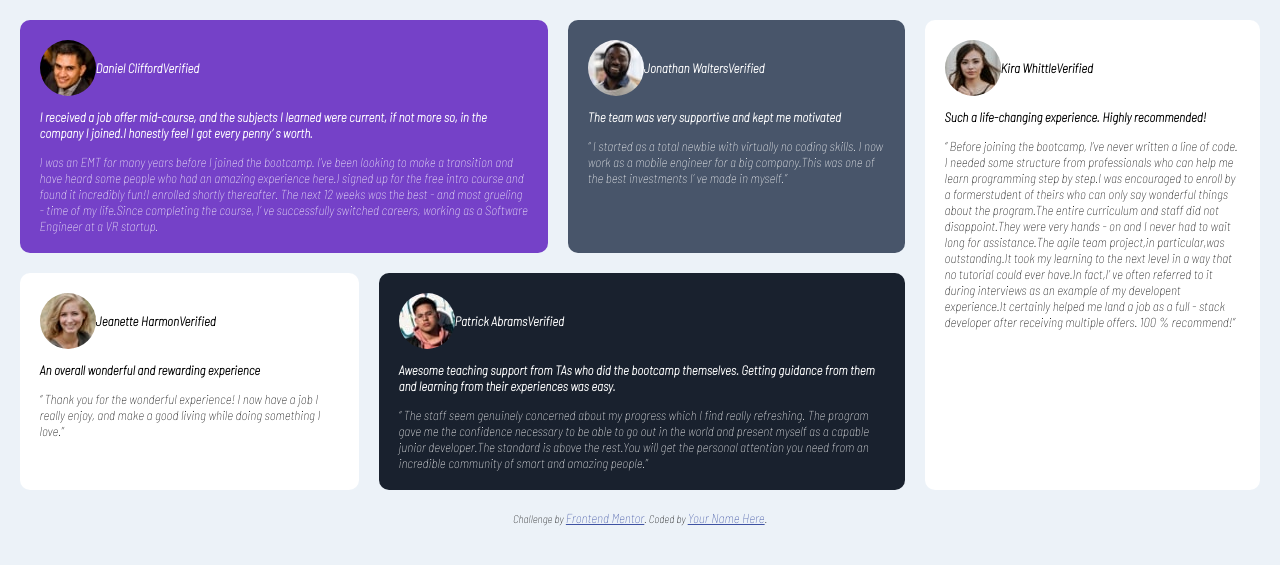
Repository: ibtihelbs/testimonials-grid-section-main
Page: index.html
An editor plug-in stored every save of this project. The page is shown before and after the next save, followed by the edit.
The browser window is 1280 px wide. The pictures show the whole page.

Above is the page before, as saved 2022-04-13 17:07:49.

### index.html
<!DOCTYPE html>
<html lang="en">
<head>
  <meta charset="UTF-8">
  <meta name="viewport" content="width=device-width, initial-scale=1.0"> <!-- displays site properly based on user's device -->
  <link rel="stylesheet" href="style.css">
  <link rel="icon" type="image/png" sizes="32x32" href="./images/favicon-32x32.png">

  <title>Frontend Mentor | [Challenge Name Here]</title>

  <!-- Feel free to remove these styles or customise in your own stylesheet 👍 -->
  <style>
    .attribution { font-size: 11px; text-align: center; }
    .attribution a { color: hsl(228, 45%, 44%); }
  </style>
</head>
<body>
  <main>

  </main>
  <div class="attribution">
    Challenge by <a href="https://www.frontendmentor.io?ref=challenge" target="_blank">Frontend Mentor</a>.
    Coded by <a href="#">Your Name Here</a>.
  </div>
  <script src="app.js"></script>
</body>
</html>

### style.css
@import url("https://fonts.googleapis.com/css2?family=Barlow+Semi+Condensed:ital,wght@1,100&display=swap");

:root {
  /*### Primary*/

  --Moderate-violet: hsl(263, 55%, 52%);
  --Grayish-blue: hsl(217, 19%, 35%);
  --Blackish-blue: hsl(219, 29%, 14%);
  --White: hsl(0, 0%, 100%);

  /*### Neutral*/

  --Light-gray: hsl(0, 0%, 81%);
  --Light-grayish-blue: hsl(210, 46%, 95%);
}

* {
  padding: 0;
  margin: 0;
  font-size: 13px;
  font-family: "Barlow Semi Condensed";
  box-sizing: border-box;
}
body {
  background-color: var(--Light-grayish-blue);
}
main {

  display: flex;
  flex-wrap: wrap;
  gap: 20px;
  margin: 20px;
}
.testimonial{
 padding:1rem;
 border-radius: 10px;
}
.testimonial>*{
  padding: .5rem;
}
section:nth-child(1) {
  grid-area: first;
  background-color: var(--Moderate-violet);
  color:var(--White);
}

section:nth-child(1) h6::before {
  content: url(images/image-daniel.jpg);

  border-radius: 50%;
}
h5::after{
  content:"Verified "
}
section:nth-child(2) {
  grid-area: second;
  background-color: var(--Grayish-blue);
  color:var(--White);
}
section:nth-child(3) {
  grid-area: third;
  background-color: var(--White);

  order: 4;
}
section:nth-child(4) {
  grid-area: four;
  order: 5;
  background-color: var(--White);
}
section:nth-child(5) {
  grid-area: fifth;

  color: var(--White);
  background-color: var(--Blackish-blue);
  order: 3;
}

main {
  display: grid;
  grid-template-areas:
    'first first second third'
    'four fifth fifth third';
}
img{
  border-radius: 50%;
}
.figure{
  display:flex;
  align-items: center;
}

### app.js
let obj = []
let show = document.querySelector("main");
let _html=(title,h2,paragraph,img)=>{
  let section = document.createElement("section");
   section.setAttribute("class", "testimonial");
  let add = show.appendChild(section);
  section.innerHTML=`
      <div class="figure"><img src="${img}" alt=""><h5>${title}</h5></div>
      <h1>${h2}</h1>
      <p>${paragraph}</p>
   `;
}
let _LOOP = (fet) => {
  for (let i in fet) {
    let title = fet[i].title;
    let h2 = fet[i].h2;
    let paragraph = fet[i].paragraph;
    let img=fet[i].img;
    console.log(title,h2,paragraph);
    _html(title,h2,paragraph,img);
  }
}
fetch('data.json')
  .then((response) => response.json())
  .then((data) => {
    let strin = JSON.stringify(data);
    obj = JSON.parse(strin);
    _LOOP(obj);
  })

### data.json
[{
    "title": "Daniel Clifford",
    "h2": "I received a job offer mid-course, and the subjects I learned were current, if not more so,  in the company I joined.I honestly feel I got every penny’ s worth.",
    "paragraph": " I was an EMT for many years before I joined the bootcamp. I’ve been looking to make a transition and have heard some people who had an amazing experience here.I signed up for the free intro course and found it incredibly fun!I enrolled shortly thereafter. The next 12 weeks was the best - and most grueling - time of my life.Since completing the course, I’ ve successfully switched careers, working as a Software Engineer at a VR startup.",
    "img":"images/image-daniel.jpg"
},
{
    "title": "Jonathan Walters",
    "h2": " The team was very supportive and kept me motivated",
    "paragraph": " “ I started as a total newbie with virtually no coding skills. I now work as a mobile engineer for a big company.This was one of the best investments I’ ve made in myself.”",
    "img":"images/image-jonathan.jpg"
},
{
    "title": "Kira Whittle",
    "h2": "Such a life-changing experience. Highly recommended!",
    "paragraph": " “ Before joining the bootcamp, I’ve never written a line of code. I needed some structure from professionals who can help me learn programming step by step.I was encouraged to enroll by a formerstudent of theirs who can only say wonderful things about the program.The entire curriculum and staff did not disappoint.They were very hands - on and I never had to wait long for assistance.The agile team project,in particular,was outstanding.It took my learning to the next level in a way that no tutorial could ever have.In fact,I’ ve often referred to it during interviews as an example of my developent experience.It certainly helped me land a job as a full - stack developer after receiving multiple offers. 100 % recommend!”",
    "img":"images/image-kira.jpg"
},
{
    "title": "Jeanette Harmon",
    "h2": "An overall wonderful and rewarding experience",
    "paragraph": " “ Thank you for the wonderful experience! I now have a job I really enjoy, and make a good living while doing something I love.”",
    "img":"images/image-jeanette.jpg"
},

{
    "title": "Patrick Abrams",
    "h2": "Awesome teaching support from TAs who did the bootcamp themselves. Getting guidance from them and learning from their experiences was easy.",
    "paragraph": " “ The staff seem genuinely concerned about my progress which I find really refreshing. The program gave me the confidence necessary to be able to go out in the world and present myself as a capable junior developer.The standard is above the rest.You will get the personal attention you need from an incredible community of smart and amazing people.”",
    "img":"images/image-patrick.jpg"
}

]

After the next save:
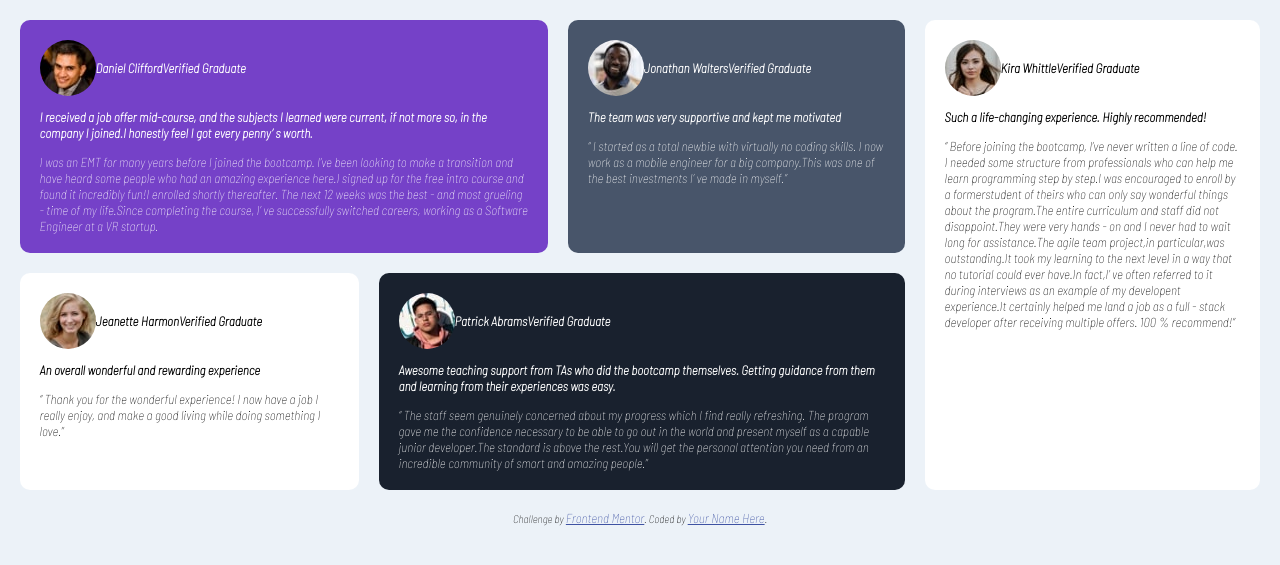
Saved 16 s later.
--- a/style.css
+++ b/style.css
@@ -50,7 +50,7 @@
   border-radius: 50%;
 }
 h5::after{
-  content:"Verified "
+  content:"Verified Graduate"
 }
 section:nth-child(2) {
   grid-area: second;
